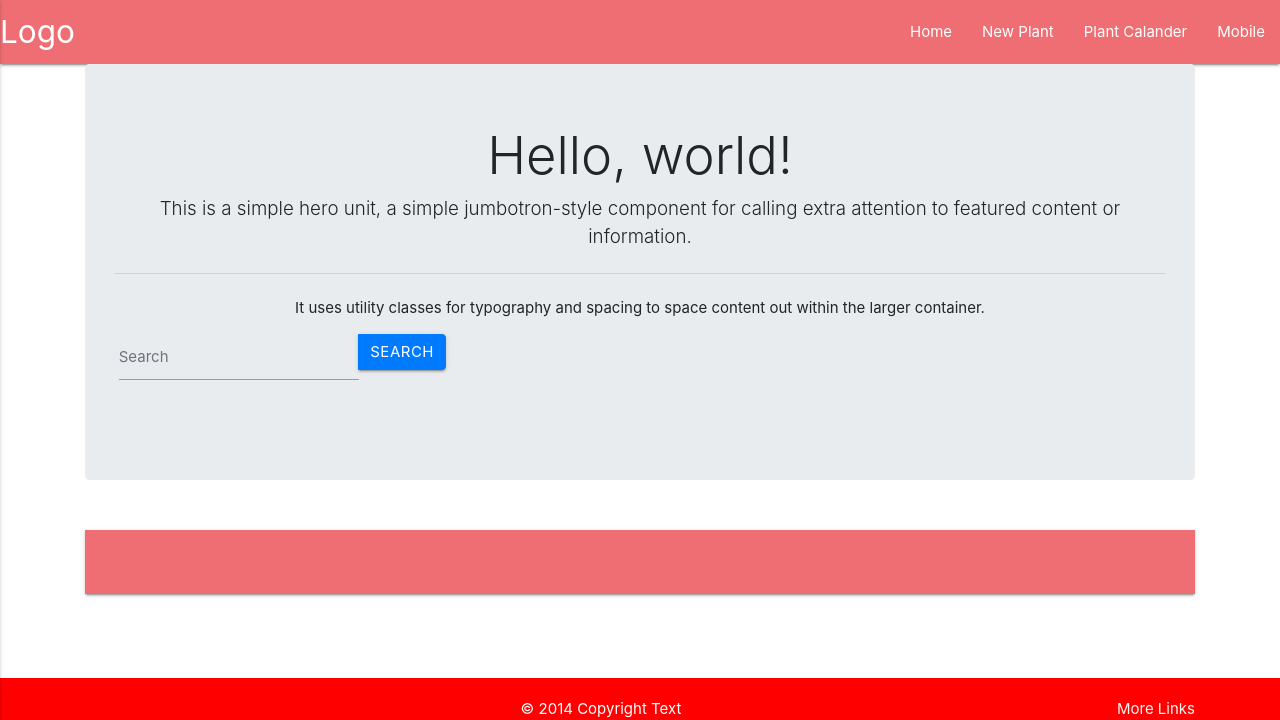
Repository: Lemoenskil/Milestone_project_3_Garden_planner
Page: http://localhost/
The author's editor kept a record of every edit. The page is drawn from the files as they stood at one moment, then again after the next edit.
The browser window is 1280 px wide. The pictures show the whole page.
Some web libraries are served in a nearby version. The page is served by the project's application, run on Flask 3 (app.py). Queries for data that is not in the repository find no rows.

Above is the page before.
Console error: TypeError: $(...).floatingActionButton is not a function

### templates/plant_records.html
{% extends "base.html" %}
{% block content %}

    <div class="text-center justify-content-center">
      <div class="jumbotron">
        <h1 class="display-4">Hello, world!</h1>
        <p class="lead">This is a simple hero unit, a simple jumbotron-style component for calling extra attention to featured content or information.</p>
        <hr class="my-4">
        <p>It uses utility classes for typography and spacing to space content out within the larger container.</p>
        <div class="row">
          <div class="col-lg-4">
            <form class="form-inline input-group">
              <input class="form-control" type="search" placeholder="Search">
              <div class="input-group-append">
              <button class="btn btn-primary" type="submit">Search</button>
              </div>
            </form>
          </div>
        </div>
      </div>
    </div>

    <div class="row text-center justify-content-center">
      {% for plant in plants%}

        <a href="{{url_for('view_plant', plant_id=plant._id)}}" class="card col-md-11 col-lg-3 mt-5 col-sm-11 col-xl-3" >
          <img src="{{plant.picture_link}}" class="card-img-top" alt="">
              <div class="card-body">
                <h5 class="card-title">{{plant.plant_name}}</h5>
              </div>
        </a>
      {%endfor%}
    </div>

    <div>
      <nav aria-label="Page navigation example" class="card-sm" >
        <ul class="pagination justify-content-center">
          {% if page > 1 %}
          <li class="page-item">
            <a class="page-link" href="{{url_for('get_plant_record', page=page-1)}}" aria-label="Previous">
              <span aria-hidden="true">&laquo;</span>
              <span class="sr-only">Previous</span>
            </a>
          </li>
          {% endif %}
          {% for pagenum in pages %}
            {% if pagenum == page %}
              <li class="page-item active" aria-current="page">
                <a class="page-link" href="#">{{ pagenum }}<span class="sr-only">(current)</span></a>
            {% else %}
              <li class="page-item">
                <a class="page-link" href="{{url_for('get_plant_record', page=pagenum)}}">{{ pagenum }}</a></li>
            {% endif %}
          {% endfor %}
          {% if page < total %}
          <li class="page-item">
            <a class="page-link" href="{{url_for('get_plant_record', page=page+1)}}" aria-label="Next">
              <span aria-hidden="true">&raquo;</span>
              <span class="sr-only">Next</span>
            </a>
          </li>
          {% endif %}
        </ul>
      </nav>
    </div>

{% endblock %}

### templates/base.html
<!DOCTYPE html>
<html lang="en">
<head>
    <meta charset="UTF-8">
    <meta name="viewport" content="width=device-width, initial-scale=1.0">
    <meta http-equiv="X-UA-Compatible" content="ie=edge">
    <link href="https://fonts.googleapis.com/icon?family=Material+Icons" rel="stylesheet">
    <link rel="stylesheet" href="https://cdnjs.cloudflare.com/ajax/libs/materialize/0.100.2/css/materialize.min.css">
    <link href="https://stackpath.bootstrapcdn.com/bootstrap/4.4.1/css/bootstrap.min.css" rel="stylesheet" integrity="sha384-Vkoo8x4CGsO3+Hhxv8T/Q5PaXtkKtu6ug5TOeNV6gBiFeWPGFN9MuhOf23Q9Ifjh" crossorigin="anonymous">
    <link rel="stylesheet" href="{{url_for('static', filename='css/style.css')}}" type="text/css" />
    <title>Garden Planner</title>
</head>
<body>
    <header>
       <nav>
            <div class="nav-wrapper">
                <a href="#!" class="brand-logo">Logo</a>
                <a href="#" data-activates="mobile-demo" class="button-collapse"><i class="material-icons">menu</i></a>
                <ul class="right hide-on-med-and-down">
                    <li><a href="{{url_for('get_plant_record')}}">Home</a></li>
                    <li><a href="{{url_for('add_plant')}}">New Plant</a></li>
                    <li><a href="{{url_for('list_plant')}}">Plant Calander</a></li>
                    <li><a href="mobile.html">Mobile</a></li>
                </ul>
                <ul class="side-nav" id="mobile-demo">
                    <li><a href="{{url_for('get_plant_record')}}">Home</a></li>
                    <li><a href="{{url_for('add_plant')}}">New Plant</a></li>
                    <li><a href="{{url_for('list_plant')}}">Plant Calander</a></li>
                    <li><a href="mobile.html">Mobile</a></li>
                </ul>
            </div>
        </nav>
    </header>

    <main class="container">
        {% block content %}{% endblock %}
    </main>

    <footer class="page-footer">
        <div class="container" class="footer-copyright">
            © 2014 Copyright Text
            <a class="grey-text text-lighten-4 right" href="#!">More Links</a>
        </div>
    </footer>
    <script src="https://code.jquery.com/jquery-3.4.1.slim.min.js" integrity="sha384-J6qa4849blE2+poT4WnyKhv5vZF5SrPo0iEjwBvKU7imGFAV0wwj1yYfoRSJoZ+n" crossorigin="anonymous"></script>
    <script src="https://cdnjs.cloudflare.com/ajax/libs/jquery/3.2.1/jquery.min.js"></script>
    <script src="https://stackpath.bootstrapcdn.com/bootstrap/4.4.1/js/bootstrap.min.js"></script>
    <script src="https://cdnjs.cloudflare.com/ajax/libs/materialize/0.100.2/js/materialize.min.js"></script>
    <script src="https://maxcdn.bootstrapcdn.com/bootstrap/4.1.1/js/bootstrap.min.js"></script>
    <script type="text/javascript">
        $(document).ready(function() {
            $(".button-collapse").sideNav();
            $('.fixed-action-btn').floatingActionButton();
        });
    </script>
</body>
</html>

### app.py
import os
from flask import Flask, render_template, redirect, request, url_for
from flask_pymongo import PyMongo, DESCENDING
from bson.objectid import ObjectId
import math
import re

app = Flask ("----name----")
app.config["MONGO_DBNAME"] = 'garden_planner'
app.config["MONGO_URI"] = 'mongodb+srv://CP3O:iYmkh8QOgi2fhu2y@lemoenskil-4vjdx.mongodb.net/garden_planner?retryWrites=true&w=majority'

plants_per_page = 6

mongo = PyMongo(app)

@app.route('/')
@app.route('/plant_records')
def get_plant_record():
    page_number = int(request.args.get('page', 1))
    plants_to_skip = (page_number - 1) * plants_per_page
    plant_count = mongo.db.plant_data.count_documents({})
    page_count = int(math.ceil(plant_count / plants_per_page))
    page_numbers = range(1, page_count + 1)
    plants_on_page = mongo.db.plant_data.find().skip(plants_to_skip).limit(plants_per_page)
    return render_template("plant_records.html", title="Home", plants=plants_on_page, page=page_number, pages=page_numbers, total=page_count)

@app.route('/list_plant')
def list_plant():
    return render_template("list_plant.html", plants=mongo.db.plant_data.find())

@app.route('/view_plant/<plant_id>')
def view_plant(plant_id):
    """Shows full plant details"""
    mongo.db.plant_data.find_one(
        {'_id': ObjectId(plant_id)},
    )
    plant_db = mongo.db.plant_data.find_one_or_404({'_id': ObjectId(plant_id)})
    return render_template("view_plant.html", plant=plant_db)

@app.route('/add_plant')
def add_plant():
    return render_template("add_plant.html")

@app.route('/insert_plant', methods=['POST'])
def insert_plant():
    plants = mongo.db.plant_data
    plants.insert_one(convert_form_to_plant_data(request.form))
    return redirect(url_for('get_plant_record'))

@app.route('/update_plant/<plant_id>')
def update_plant(plant_id):
    plants =  mongo.db.plant_data.find_one({"_id": ObjectId(plant_id)})
    return render_template('update_plant.html', plant=plants)

def convert_form_to_plant_data(form):
    value_sowing_under_glass = [ month for month in range(1, 13) if f"sowing-under-glass-{month}" in form ]
    value_outside_seeding = [ month for month in range(1, 13) if f"outside-seeding-{month}" in form ]
    value_harvest = [ month for month in range(1, 13) if f"harvest-{month}" in form ]
    return {
        'plant_name':form.get('plant_name'),
        'picture_link':form.get('picture_link'),
        'crop_group': form.get('crop_group'),
        'crop_family': form.get('crop_family'),
        'soil':form.get('soil'),
        'frost_tolerant':form.get('frost_tolerant'),
        'position':form.get('position'),
        'feeding':form.get('feeding'),
        'companions':form.get('companions'),
        'spacing':form.get('spacing'),
        'Sow_and_Plant':form.get('Sow_and_Plant'),
        'Harvesting':form.get('Harvesting'),
        'Pests':form.get('Pests'),
        'Note':form.get('Note'),
        'value_sowing_under_glass':value_sowing_under_glass,
        'value_outside_seeding':value_outside_seeding,
        'value_harvest':value_harvest,
    }

@app.route('/edit_plant/<plant_id>', methods=["POST"])
def edit_plant(plant_id):
    plants = mongo.db.plant_data
    plants.update( {'_id': ObjectId(plant_id)}, convert_form_to_plant_data(request.form))
    return redirect(url_for('get_plant_record'))

@app.route('/delete_plant/<plant_id>')
def delete_plant(plant_id):
    mongo.db.plant_data.remove({'_id': ObjectId(plant_id)})
    return redirect(url_for('get_plant_record'))

if __name__ == '__main__':
    app.run(host=os.environ.get('IP'),
            port=int(os.environ.get('PORT')),
            debug=True)

### static/css/style.css
.mt-5, .my-5 {
    margin: 2rem!important;
}

.card{
  width: 100%;
}

body {
  display: flex;
  min-height: 100vh;
  flex-direction: column;
}

main {
  flex: 1 0 auto;
}


.page-footer{
    position: fixed;
   left: 0;
   bottom: 0;
   width: 100%;
   background-color: red;
   color: white;
   text-align: center;
}

.card-sm{
  margin-bottom: 50px;
}

.form-control-borderless {
    border: none;
}

.form-control-borderless:hover, .form-control-borderless:active, .form-control-borderless:focus {
    border: none;
    outline: none;
    box-shadow: none;
}

.search_box{
    width: 100%;
    margin: 6%;
}
.align-items-center{
    margin: 0px!important;
}

.under-glass{
    background-color: yellow;
}
.outside-seeding {
    background-color: orange;
}

After the next edit:
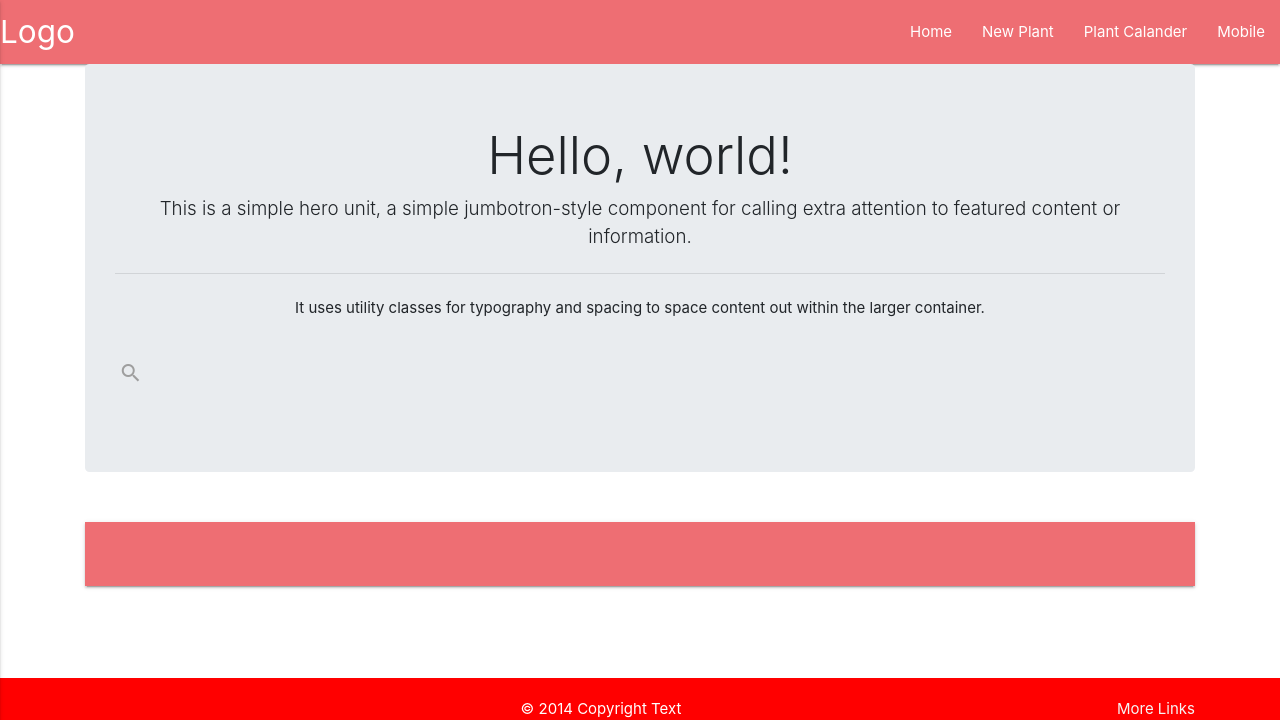
The edit:
--- a/templates/plant_records.html
+++ b/templates/plant_records.html
@@ -8,14 +8,15 @@
         <hr class="my-4">
         <p>It uses utility classes for typography and spacing to space content out within the larger container.</p>
         <div class="row">
-          <div class="col-lg-4">
-            <form class="form-inline input-group">
-              <input class="form-control" type="search" placeholder="Search">
-              <div class="input-group-append">
-              <button class="btn btn-primary" type="submit">Search</button>
+              <div class="nav-wrapper">
+                <form>
+                  <div class="input-field">
+                    <input id="search" type="search" required>
+                    <label class="label-icon" for="search"><i class="material-icons">search</i></label>
+                    <i class="material-icons">close</i>
+                  </div>
+                </form>
               </div>
-            </form>
-          </div>
         </div>
       </div>
     </div>
